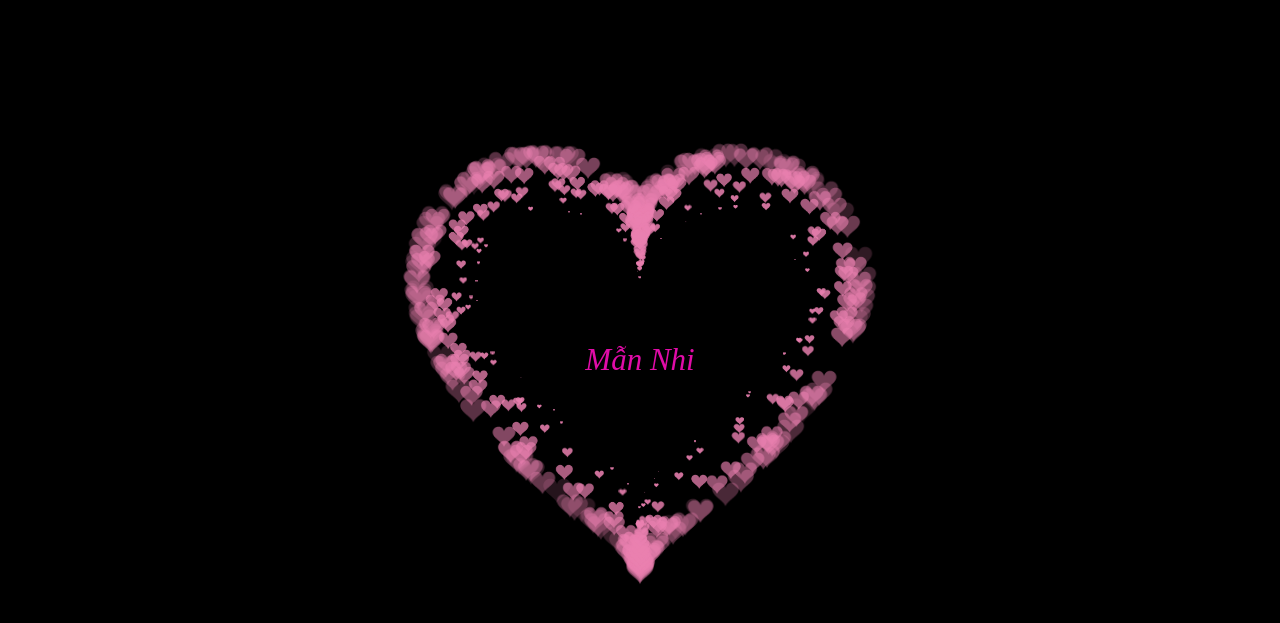
Repository: iamwind-dev/mnghi
Page: index.html
An editor plug-in stored every save of this project. The page is shown before and after the next save, followed by the edit.
The browser window is 1280 px wide. The pictures show the whole page.

Above is the page before, as saved 2023-11-05 12:39:38.

After the next save:
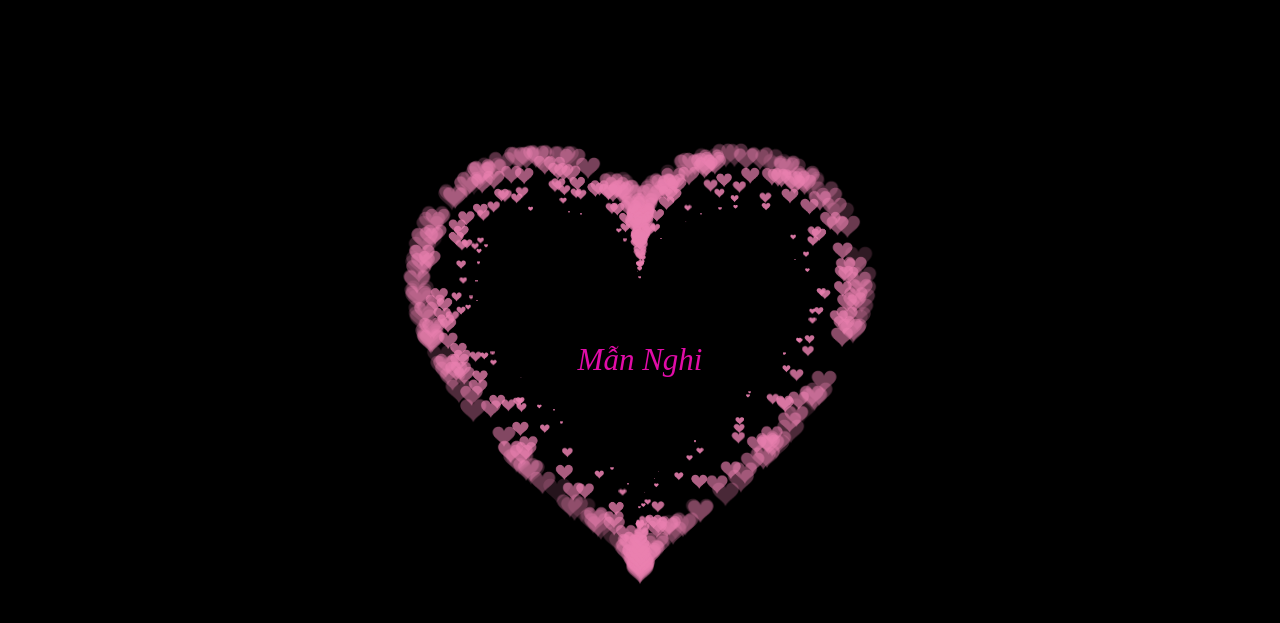
Saved 6 s later.
--- a/index.html
+++ b/index.html
@@ -536,7 +536,7 @@ var ParticlePool = (function() {
         align-items: center;
         justify-content: center;
         margin-bottom: 5px;
-        text-align: center;">Mẫn Nhi</div>
+        text-align: center;">Mẫn Nghi</div>
 
  </BODY>
 
